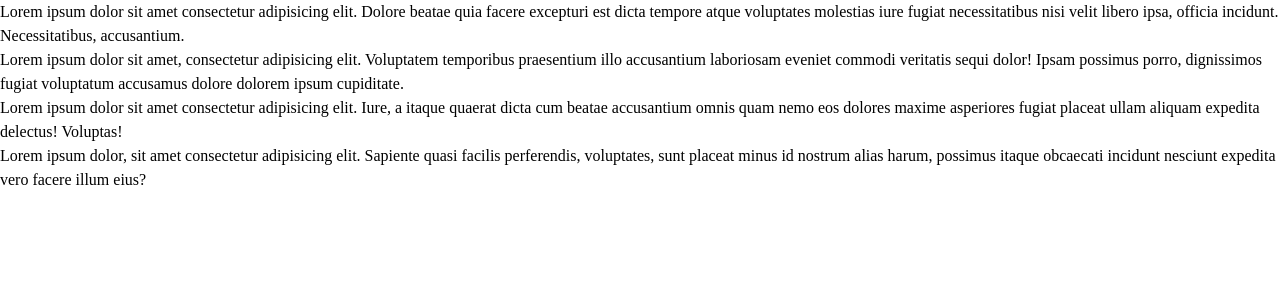
Repository: nguyenkien12345/Master-Css
Page: 1 so thuoc tinh css dac biet/index.html
The author's editor kept a copy of each file at every save. The page is drawn from the files as they stood at one save, then again after the next save.
The browser window is 1280 px wide. The pictures show the whole page.

Above is the page before, as saved 2023-09-10 22:50:20.

### 1 so thuoc tinh css dac biet/index.html
<!DOCTYPE html>
<html lang="en">
<head>
    <meta charset="UTF-8">
    <meta http-equiv="X-UA-Compatible" content="IE=edge">
    <meta name="viewport" content="width=device-width, initial-scale=1.0">
    <title>1 số thuộc tính css đặc biệt</title>
</head>

    <style>
        *,
        *::before,
        *::after {
          box-sizing: border-box;
        }
        body,
        h1,
        h2,
        h3,
        h4,
        h5,
        h6,
        p,
        figure,
        picture {
          margin: 0;
        }
        body {
          min-height: 100vh;
          line-height: 1.5;
        }
        input,
        button,
        select,
        textarea {
          font: inherit;
        }
        img,
        picture {
          display: block;
          max-width: 100%;
        }
        /* remove animation for people who've turned them off */
        @media (prefers-reduced-motion: reduce) {
          *,
          *::before,
          *::after {
            animation-duration: 0.01ms !important;
            animation-iteration-count: 1 !important;
            transition-duration: 0.01ms !important;
            scroll-behavior: auto !important;
          }
        }

        /* .boxed {
            width: 100px;
            height: 100px;
            background-color: #6a5af9;
            margin-inline: auto;
        } */
        /* margin-inline: auto; tương ứng với margin-left: auto, margin-right: auto */
        /* margin-block: auto; tương ứng với margin-top: auto, margin-bottom: auto */
        /* padding-inline và padding-block tương tự như margin-inline, margin-block */
        /* --------------------------------------------------------------------------------------------------------------- */

        /* .aspect{
            aspect-ratio: 16/9;
        }

        .aspect img{
            width: 100%;
            height: 100%;
            object-fit: cover;
        } */
        /*  aspect-ratio: Hỗ trợ hiển thị ảnh theo tỷ lệ */
        /* --------------------------------------------------------------------------------------------------------------- */

        /* body {
            background-color: yellow;
            position: relative;
        }

        .child {
            position: absolute;
            top: 0;
            left: 0;
            right: 0;
            bottom: 0;
            background-color: blueviolet;
        } */
        /*
            Cách 1
            top: 0;
            left: 0;
            right: 0;
            bottom: 0;
        */
        /*
            Cách 2
            top: 0;
            left: 0;
            width: 100%;
            height: 100%;
        */
        /*
        - Thay cả 4 thằng top, bottom, left, right là inset: 0 (=> top right bottom left đều là 0)
        - inset: top right bottom left
        */

        /* selectors: is và where */
        div p, section p, main p,  article p {
          font-size: 16px;
        }
    </style>

<body>
    <!--
      <div class="boxed">
        Evondev
      </div>
    -->

    <!--
      <div class="aspect">
        <img src="https://source.unsplash.com/random" alt=""/>
      </div>
    -->

    <!-- <div class="child"></div> -->

    <div>
      <p>Lorem ipsum dolor sit amet consectetur adipisicing elit. Dolore beatae quia facere excepturi est dicta tempore atque voluptates molestias iure fugiat necessitatibus nisi velit libero ipsa, officia incidunt. Necessitatibus, accusantium.</p>
    </div>
    <section>
      <p>Lorem ipsum dolor sit amet, consectetur adipisicing elit. Voluptatem temporibus praesentium illo accusantium laboriosam eveniet commodi veritatis sequi dolor! Ipsam possimus porro, dignissimos fugiat voluptatum accusamus dolore dolorem ipsum cupiditate.</p>
    </section>
    <main>
      <p>Lorem ipsum dolor sit amet consectetur adipisicing elit. Iure, a itaque quaerat dicta cum beatae accusantium omnis quam nemo eos dolores maxime asperiores fugiat placeat ullam aliquam expedita delectus! Voluptas!</p>
    </main>
    <article>
      <p>Lorem ipsum dolor, sit amet consectetur adipisicing elit. Sapiente quasi facilis perferendis, voluptates, sunt placeat minus id nostrum alias harum, possimus itaque obcaecati incidunt nesciunt expedita vero facere illum eius?</p>
    </article>
</body>
</html>

After the next save:
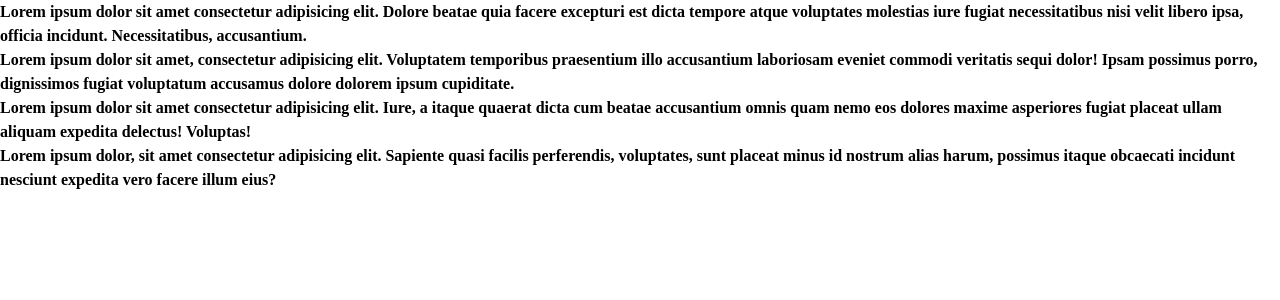
Saved 7 s later.
--- a/1 so thuoc tinh css dac biet/index.html
+++ b/1 so thuoc tinh css dac biet/index.html
@@ -110,6 +110,7 @@
         /* selectors: is và where */
         div p, section p, main p,  article p {
           font-size: 16px;
+          font-weight: 600;
         }
     </style>
 
